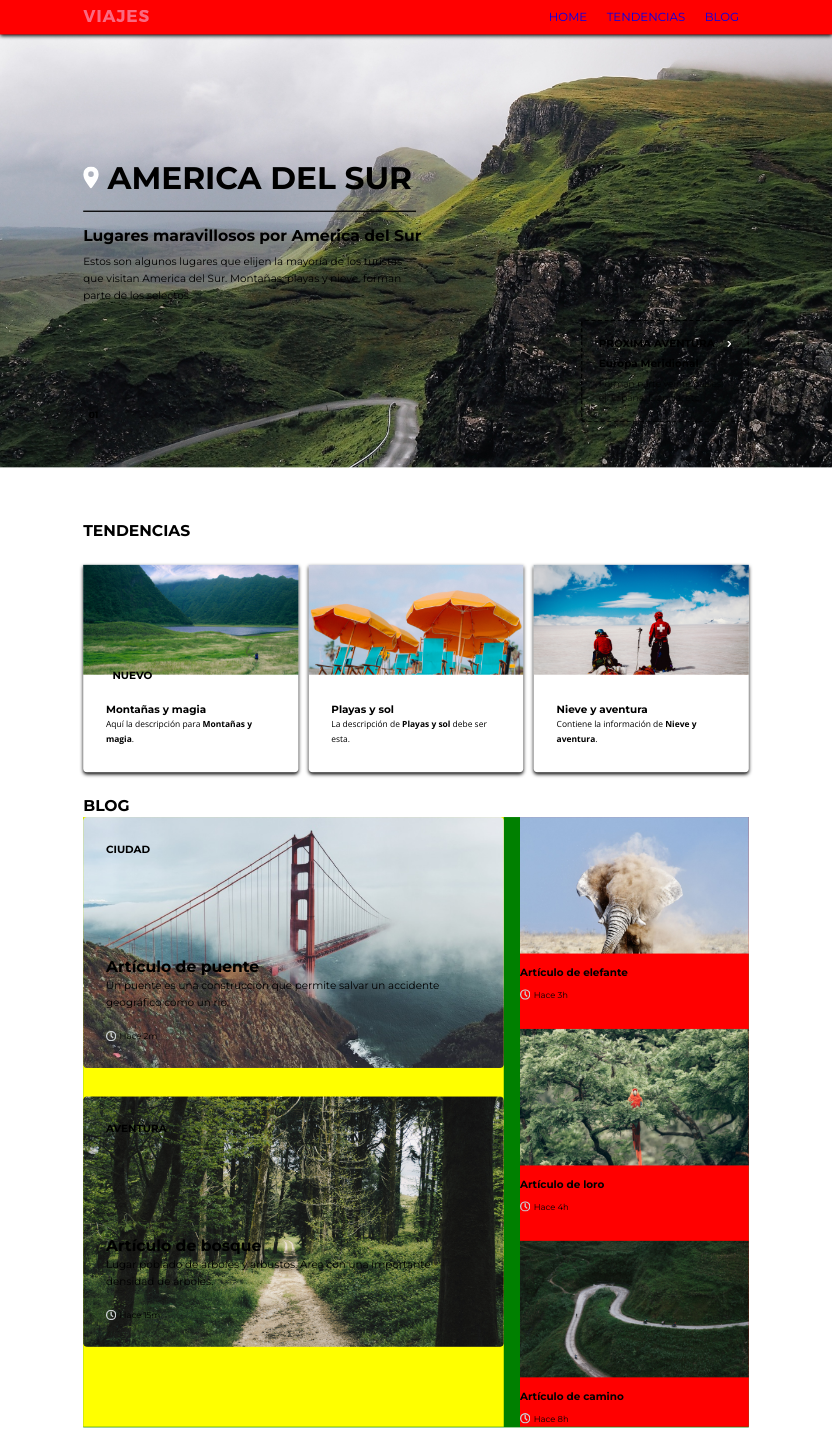
Repository: agustin-mesa/viajes
Page: /
These files come from the project's save history. The page is drawn as it stood at one moment and after the next save; the edit follows.
The browser window is 1280 px wide. The pictures show the whole page, at 65% of full size.
The project was rebuilt for these pictures with package versions that can differ from the ones it lists, and the page was loaded fresh each time. Also part of the build but not shown: src/components/styles/colors.module.scss.

Above is the page before, as saved 2021-11-12 12:44:23.

### public/index.html
<!DOCTYPE html>
<html lang="es">
  <head>
    <meta name="author" content="Mauro Agustín Mesa" />
    <meta charset="utf-8" />
    <meta name="viewport" content="width=device-width, initial-scale=1" />
    <meta name="theme-color" content="#000000" />
    <meta
      name="description"
      content="Web site created using create-react-app"
    />
    <title>React App</title>
  </head>
  <body>
    <noscript>You need to enable JavaScript to run this app.</noscript>
    <div id="root"></div>
  </body>
</html>

### src/index.js
import React from "react";
import ReactDOM from "react-dom";
import App from "./App";
import "./index.css";

const Index = () => {
  return <App />;
};

ReactDOM.render(<Index />, document.getElementById("root"));

### src/App.js
import React from "react";
import Header from "./components/Header";
import Home from "./pages/Home";
import Tendencias from "./pages/Tendencias";
import Blog from "./pages/Blog";

const App = () => {
  return (
    <>
      <Header />
      <Home />
      <Tendencias />
      <Blog />
    </>
  );
};

export default App;

### src/index.css
@import url("https://fonts.googleapis.com/css2?family=Montserrat:wght@100;200;300;400;500;600;700&display=swap");
@import url("https://fonts.googleapis.com/css2?family=Montserrat:wght@100;200;300;400;500;600;700&family=Open+Sans:wght@400;500;600;700&display=swap");

* {
  margin: 0;
  padding: 0;
  list-style: none;
  text-decoration: none;
  border: none;
  outline: none;
  scroll-behavior: smooth;
}

body {
  margin: 0;
  -webkit-font-smoothing: antialiased;
  -moz-osx-font-smoothing: grayscale;
  font-family: "Montserrat", "Open Sans", sans-serif;
}

code {
  font-family: source-code-pro, Menlo, Monaco, Consolas, "Courier New",
    monospace;
}

### src/components/Header.js
import React from "react";
import styled from "styled-components";

// Colors
import * as colors from "./styles/colors.module.scss";

// LOGO
import logo from "../Assets/logo/logo_01.svg";

const Header = () => {
  return (
    <ContainerHeader>
      <nav>
        <div className="header__logo">
          <a href="#home">
            <img src={logo} alt="Viajes" />
          </a>
        </div>
        <ul>
          <li>
            <a href="#home">HOME</a>
          </li>
          <li>
            <a href="#tendencias">TENDENCIAS</a>
          </li>
          <li>
            <a href="#blog">BLOG</a>
          </li>
        </ul>
      </nav>
    </ContainerHeader>
  );
};

const ContainerHeader = styled.header`
  position: fixed;
  top: 0;
  left: 0;
  right: 0;
  z-index: 999;
  background: red;
  background: ${colors.white};
  box-shadow: 0px 3px 6px ${colors.blackOpac};
  nav {
    display: flex;
    flex-direction: row;
    justify-content: space-between;
    align-items: center;
    padding: 15px 10%;
    ul {
      display: flex;
      flex-direction: row;
      justify-content: flex-end;
      align-items: center;
      width: 100%;
      li a {
        padding: 15px 15px;
        font: normal normal normal 18px/13px Montserrat;
        color: ${colors.blueRelax};
        transition: all 0.2s ease;
      }
      li a:hover {
        color: ${colors.darkblue};
      }
    }
  }
`;

export default Header;

### src/pages/Home.js
import React from "react";
import styled from "styled-components";

import * as colors from "../components/styles/colors.module.scss";

// IMG
import viajesHero from "../Assets/img/Viajes_Hero.jpg";
import icPin from "../Assets/iconos/ic_pin.svg";
import icArrow from "../Assets/iconos/arrow.svg";

// Importo etiquetas default con estilos propios
import { Parrafo, Span, H3, H5 } from "../components/styles/stylesDefault";

const Home = () => {
  return (
    <ContainerHome id="home">
      <HeroWrapper>
        <div className="hero__title">
          <h1>
            <img src={icPin} alt="Pin" /> AMERICA DEL SUR
          </h1>
          <hr />
          <H3 color="white">Lugares maravillosos por America del Sur</H3>
          <Parrafo>
            Estos son algunos lugares que elijen la mayoría de los turistas que
            visitan America del Sur. Montañas, playas y nieve, forman parte de
            los selectos.
          </Parrafo>
        </div>
        <div className="hero__info">
          <H5>
            PRÓXIMA AVENTURA <img src={icArrow} alt="Arrow" />
          </H5>
          <Span color="white">Europa Meridional</Span>
          <p>
            Forman parte veinte países. <br />
            ej. España, Francia, etc.
          </p>
        </div>
      </HeroWrapper>
      <div className="slider">
        <span>01</span>
      </div>
    </ContainerHome>
  );
};

const ContainerHome = styled.div`
  width: 100%;
  height: 100vh;
  background-image: url(${viajesHero});
  background-size: cover;
  background-position: center;

  .slider {
    position: absolute;
    width: 13%;
    bottom: 60px;
    display: flex;
    align-items: center;
    justify-content: flex-end;
    z-index: 1;
    span {
      display: flex;
      align-items: center;
      justify-content: center;
      width: 45px;
      height: 45px;
      background: ${colors.white};
      border-radius: 50px;
      font: normal normal bold 14px/22px Montserrat;
    }
    span::after {
      content: "";
      position: absolute;
      width: 70px;
      height: 70px;
      background: ${colors.whiteOpac};
      border-radius: 50px;
      z-index: -2;
    }
    span::before {
      content: "";
      position: absolute;
      left: 0;
      width: 100%;
      height: 5px;
      background: ${colors.pink};
      z-index: -1;
    }
  }
`;

const HeroWrapper = styled.div`
  position: absolute;
  top: 0;
  bottom: 0;
  left: 10%;
  right: 10%;
  display: flex;
  align-items: center;
  .hero__title {
    display: flex;
    align-items: flex-start;
    justify-content: center;
    flex-direction: column;
    color: ${colors.white};

    h1 {
      font: normal normal bold 48px/42px Montserrat;
    }
    hr {
      width: 50%;
      border-bottom: 2px solid ${colors.white};
      margin: 30px 0 20px;
    }
  }

  .hero__info {
    position: absolute;
    right: 0;
    bottom: 70px;
    background: ${colors.darkblueOpac} 0% 0% no-repeat padding-box;
    border: 2px dashed ${colors.whiteOpac};
    border-radius: 6px;
    padding: 25px;

    p {
      font: normal normal 300 14px/22px Montserrat;
      color: ${colors.white};
      margin: 10px 0 0;
    }
  }
`;

export default Home;

### src/pages/Tendencias.js
import React from "react";
import styled from "styled-components";

// Colors
import * as colors from "../components/styles/colors.module.scss";

// IMG
import card01 from "../Assets/img/card_01.png";
import card02 from "../Assets/img/card_02.png";
import card03 from "../Assets/img/card_03.png";

// Importo etiquetas default con estilos propios
import { H3 } from "../components/styles/stylesDefault";

// Components
import TendenciaItem from "../components/TendenciaItem";

const Tendencias = () => {
  // Simulo una base de datos para luego imprimir cada CARD.
  // Aunque también se podría hacer manualmente usando el componente
  // TendenciaItem y usar sus props, pero la manera más eficiente es el de
  // simular una base de datos; tranquilamente se muestra cada CARD con tan solo
  // agregar un objeto más dentro del array.
  const tendencias = [
    {
      src: card01,
      isNew: true,
      titulo: "Montañas y magia",
      descripcion: (
        <>
          Aquí la descripción para <b>Montañas y magia</b>.
        </>
      ),
    },
    {
      src: card02,
      isNew: false,
      titulo: "Playas y sol",
      descripcion: (
        <>
          La descripción de <b>Playas y sol</b> debe ser esta.
        </>
      ),
    },
    {
      src: card03,
      isNew: false,
      titulo: "Nieve y aventura",
      descripcion: (
        <>
          Contiene la información de <b>Nieve y aventura</b>.
        </>
      ),
    },
  ];

  return (
    <ContainerTendencias id="tendencias">
      <div className="tendencias">
        <div className="tendencias__header">
          <H3 color="darkblue">TENDENCIAS</H3>
        </div>
        <div className="tendencias__body">
          {tendencias.map((tendencia, i) => {
            return (
              <TendenciaItem
                src={tendencia.src}
                nuevo={tendencia.isNew}
                titulo={tendencia.titulo}
                descripcion={tendencia.descripcion}
                key={i}
              />
            );
          })}
        </div>
      </div>
    </ContainerTendencias>
  );
};

const ContainerTendencias = styled.section`
  height: 90vh;
  padding: 80px 10% 0;
  background: ${colors.grey};

  .tendencias__body {
    display: flex;
    align-items: center;
    margin: 35px 0 0;

    div:last-child {
      margin: 0;
    }
  }
  .tendencias__header {
    width: 100%;
  }
`;

export default Tendencias;

### src/pages/Blog.js
import React from "react";
import styled from "styled-components";

// Colors
import * as colors from "../components/styles/colors.module.scss";

// IMG
import artBig01 from "../Assets/img/articulo_big_01.png";
import artBig02 from "../Assets/img/articulo_big_02.png";
import artSmall01 from "../Assets/img/articulo_small_01.png";
import artSmall02 from "../Assets/img/articulo_small_02.png";
import artSmall03 from "../Assets/img/articulo_small_03.png";

// Importo etiquetas default con estilos propios
import { H3 } from "../components/styles/stylesDefault";

// Components
import BigNewItem from "../components/BigNewItem";
import SmallNewItem from "../components/SmallNewItem";

const Blog = () => {
  const articulosBig = [
    {
      src: artBig01,
      tipo: "CIUDAD",
      titulo: "Artículo de puente",
      descripcion:
        "Un puente es una construcción que permite salvar un accidente geográfico como un río.",
      time: "2m",
    },
    {
      src: artBig02,
      tipo: "AVENTURA",
      titulo: "Artículo de bosque",
      descripcion:
        "Lugar poblado de árboles y arbustos. Área con una importante densidad de árboles.",
      time: "15m",
    },
  ];

  const articulosSmall = [
    {
      src: artSmall01,
      titulo: "Artículo de elefante",
      time: "3h",
    },
    {
      src: artSmall02,
      titulo: "Artículo de loro",
      time: "4h",
    },
    {
      src: artSmall03,
      titulo: "Artículo de camino",
      time: "8h",
    },
  ];

  return (
    <ContainerBlog>
      <div className="blog" id="blog">
        <div className="blog__header">
          <H3 color="darkblue">BLOG</H3>
        </div>
        <div className="blog__body">
          <article className="blog__article">
            {articulosBig.map((articulo, i) => {
              return (
                <BigNewItem
                  src={articulo.src}
                  tipo={articulo.tipo}
                  titulo={articulo.titulo}
                  descripcion={articulo.descripcion}
                  time={articulo.time}
                  key={i}
                />
              );
            })}
          </article>
          <aside className="blog__aside">
            {articulosSmall.map((articulo, i) => {
              return (
                <SmallNewItem
                  src={articulo.src}
                  titulo={articulo.titulo}
                  time={articulo.time}
                  key={i}
                />
              );
            })}
          </aside>
        </div>
      </div>
    </ContainerBlog>
  );
};

const ContainerBlog = styled.section`
  position: relative;
  height: 95vh;
  padding: 80px 10% 0;
  background: ${colors.white};

  .blog {
    position: absolute;
    top: -300px;
    left: 10%;
    right: 10%;
    bottom: 0;
    display: flex;
    align-items: center;
    justify-content: flex-start;
    flex-direction: column;
    padding: 75px 0 50px;
  }
  .blog__body {
    display: grid;
    gap: 10px;
    min-height: 100%;
    background: green;

    grid-template-areas: ".blog__article" ".blog__aside";
  }
  .blog__header {
    width: 100%;
  }
  .blog__article {
    display: flex;
    align-items: center;
    justify-content: flex-start;
    flex-direction: column;
    background: yellow;
    div:first-child {
      margin: 0 0 40px;
    }
  }
  .blog__aside {
    background: red;
    display: flex;
    align-items: center;
    justify-content: flex-start;
    flex-direction: column;
    margin: 0 0 0 15px;
    div:last-child {
      margin: 0;
    }
  }
`;

export default Blog;

### src/components/styles/stylesDefault.js
import styled from "styled-components";

// Colors
import * as colors from "./colors.module.scss";

const Parrafo = styled.p`
  margin: 10px 0 0;
  font: normal normal normal 16px/26px Montserrat;
  width: 50%;
  color: ${colors.white};
`;

const H3 = styled.h3`
  font: normal normal bold 24px/34px Montserrat;
  color: ${(props) => {
    if (props.color === "white") return colors.white;
    if (props.color === "darkblue") return colors.darkblue;
  }};
`;

const H5 = styled.h5`
  font: normal normal bold 16px/20px Montserrat;
  color: ${colors.pink};
  margin: 0 0 10px;
  img {
    margin: 0 0 0 15px;
  }
`;

const Span = styled.span`
  font: normal normal bold 16px/20px Montserrat;
  color: ${(props) => {
    if (props.color === "white") return colors.white;
    if (props.color === "darkblue") return colors.darkblue;
  }};
`;

export { Parrafo, Span, H3, H5 };

### src/components/TendenciaItem.js
import React from "react";
import styled from "styled-components";

// Colors
import * as colors from "./styles/colors.module.scss";

import { Span } from "./styles/stylesDefault";

const TendenciaItem = ({ src, nuevo, titulo, descripcion }) => {
  return (
    <TenItem>
      <div className="tendencia-item__img">
        <img src={src} alt={titulo} />
      </div>
      <div className="tendencia-item__new">{nuevo && <span>NUEVO</span>}</div>
      <div className="tendencia-item__descrip">
        <Span color="darkblue">{titulo}</Span>
        <p>{descripcion}</p>
      </div>
    </TenItem>
  );
};

const TenItem = styled.div`
  background: ${colors.white} 0% 0% no-repeat padding-box;
  box-shadow: 0px 3px 6px ${colors.blackOpac};
  border-radius: 0 0 6px 6px;
  margin: 0 16px 0 0;
  width: 100%;

  .tendencia-item__img img {
    width: 100%;
  }
  .tendencia-item__new {
    width: 100%;
    position: relative;
    span {
      position: absolute;
      top: -20px;
      left: 35px;
      background: ${colors.pink};
      border-radius: 6px;
      padding: 10px;
      font: normal normal bold 16px/13px Montserrat;
      color: ${colors.white};
    }
  }
  .tendencia-item__descrip {
    padding: 40px 35px;
    p {
      font: normal normal normal 13px/23px Open Sans;
      color: ${colors.greyBlue};
    }
  }
`;

export default TendenciaItem;

### src/components/BigNewItem.js
import React from "react";
import styled from "styled-components";

// Importo etiquetas default con estilos propios
import { Span, H3, Parrafo } from "../components/styles/stylesDefault";
import Time from "./Time";

const BigNewItem = ({ src, tipo, titulo, descripcion, time }) => {
  return (
    <NewItemBig>
      <img className="img__bg" src={src} alt={titulo} />
      <div className="newItem__info">
        <div className="info__header">
          <Span color="white">{tipo}</Span>
        </div>
        <div className="info__body">
          <H3 color="white">{titulo}</H3>
          <Parrafo>{descripcion}</Parrafo>
          <Time time={time} />
        </div>
      </div>
    </NewItemBig>
  );
};

const NewItemBig = styled.div`
  position: relative;
  border-radius: 6px;
  width: 100%;

  .img__bg {
    width: 100%;
    max-width: 1000px;
  }
  .newItem__info {
    position: absolute;
    top: 40px;
    left: 35px;
    right: 35px;
    bottom: 40px;
    display: flex;
    flex-direction: column;
    justify-content: space-between;
  }
  .info__body p {
    width: 100%;
    margin: 0 0 25px;
  }
`;

export default BigNewItem;

### src/components/SmallNewItem.js
import React from "react";
import styled from "styled-components";

// Importo etiquetas default con estilos propios
import { Span } from "../components/styles/stylesDefault";

// Components
import Time from "./Time";

const SmallNewItem = ({ src, titulo, time }) => {
  return (
    <NewItemSmall>
      <img className="img__bg" src={src} alt={titulo} />
      <Span className="titulo" color="darkblue">
        {titulo}
      </Span>
      <Time time={time} />
    </NewItemSmall>
  );
};

const NewItemSmall = styled.div`
  display: flex;
  align-items: start;
  justify-content: center;
  flex-direction: column;
  margin: 0 0 40px;
  span.titulo {
    margin: 20px 0 10px;
  }
  .img__bg {
    width: 100%;
    height: 100%;
  }
`;

export default SmallNewItem;

### src/components/Time.js
import React from "react";
import styled from "styled-components";

// Colors
import * as colors from "./styles/colors.module.scss";

// IMG
import icTime from "../Assets/iconos/time.svg";

const Time = ({ time }) => {
  return (
    <Timer>
      <img src={icTime} alt="Time" /> Hace {time}
    </Timer>
  );
};

const Timer = styled.span`
  display: flex;
  align-items: center;
  font: normal normal normal 13px/26px Montserrat;
  color: ${colors.blueRelax};
  img {
    margin: 0 5px 0 0;
  }
`;
export default Time;

After the next save:
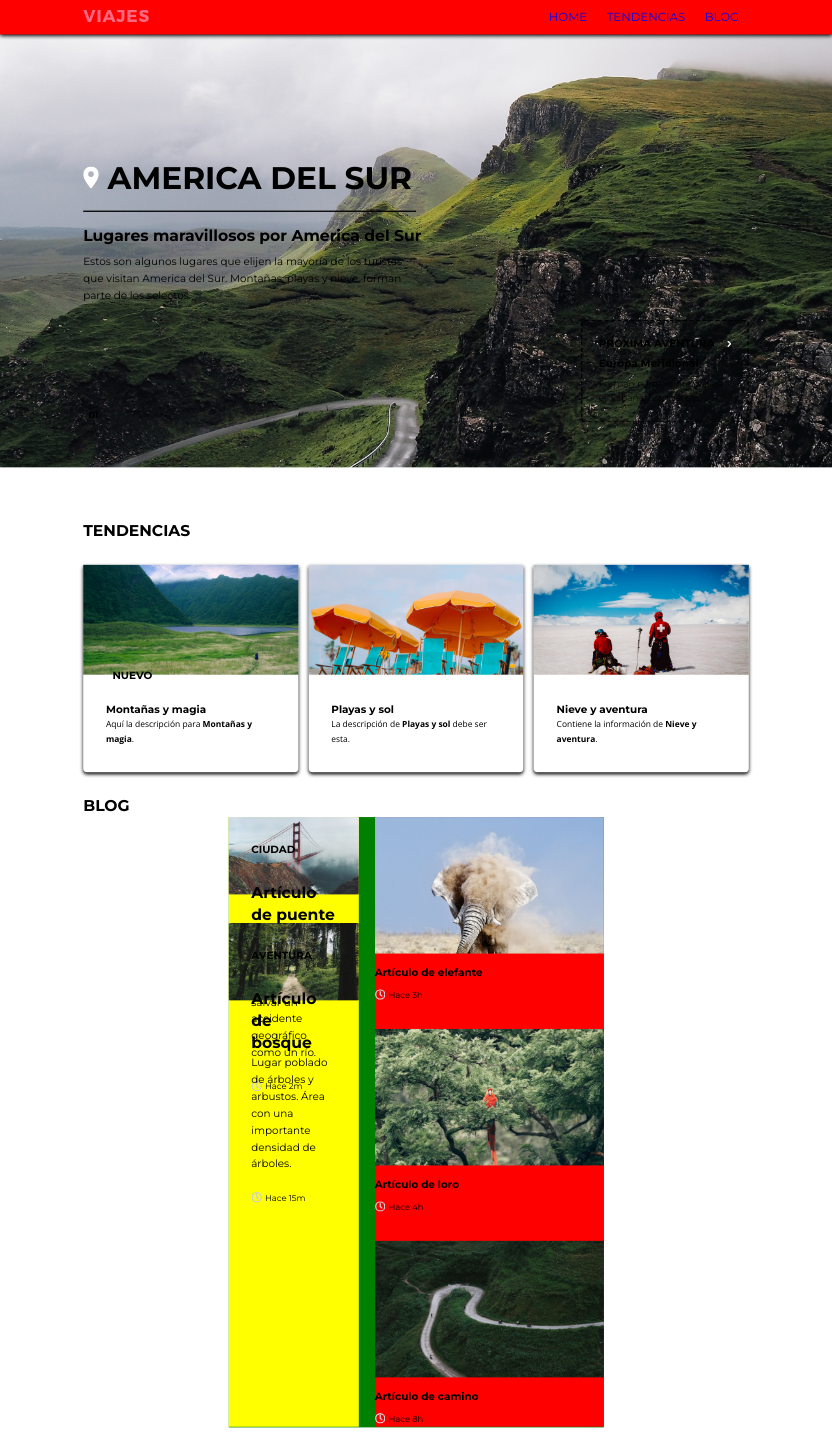
Saved 3 min 51 s later.
--- a/src/pages/Blog.js
+++ b/src/pages/Blog.js
@@ -119,6 +119,7 @@ const ContainerBlog = styled.section`
     min-height: 100%;
     background: green;
 
+    grid-template-columns: 200px;
     grid-template-areas: ".blog__article" ".blog__aside";
   }
   .blog__header {
@@ -145,6 +146,12 @@ const ContainerBlog = styled.section`
       margin: 0;
     }
   }
+
+  @media only screen and (max-width: ) {
+    .blog__body {
+      grid-template-areas: ".blog__article" ".blog__aside";
+    }
+  }
 `;
 
 export default Blog;
